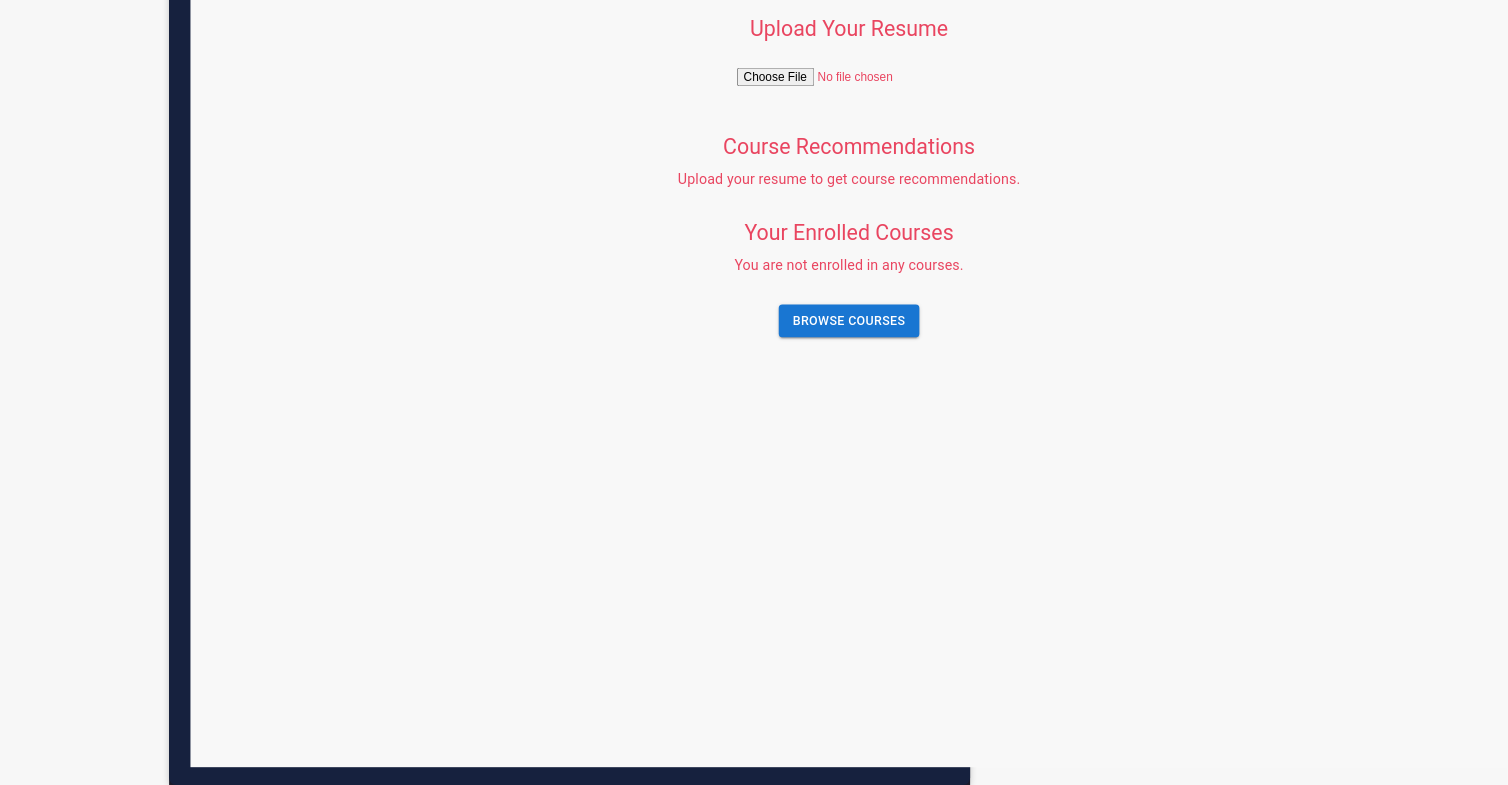
Repository: jvt2/OnlineCourseApp
Page: /dashboard
An editor plug-in stored every save of this project. The page is shown before and after the next save, followed by the edit.
The browser window is 1280 px wide. The page is 1694 px wide, then 1280 px, so the pictures cover 1694 px, including what lies to the right of the window. The pictures show the whole page, at 89% of full size.
The page's requests for data from a server got no answer. The project was rebuilt for these pictures with package versions that can differ from the ones it lists, and the page was loaded fresh each time. No one was signed in, and anything a server would have sent is missing. Also part of the build but not shown: src/features/auth/Register.js, src/features/auth/Login.js, src/features/courses/ResumeUpload.js, src/features/courses/CourseRecommendations.js, src/components/common/MyModal.js, src/features/courses/CourseCatalog.js, src/features/courses/CourseDetail.js, src/components/common/Navbar.js and 3 more. Imported but missing from the stored project, and not drawn on this page: src/app/reportWebVitals.

Above is the page before, as saved 2024-07-14 15:42:12.

### src/index.js
import React from 'react';
import ReactDOM from 'react-dom/client';
import { Provider } from 'react-redux';
import store from './redux/store';
import './index.css';
import App from './app/App';
import reportWebVitals from './app/reportWebVitals';

const root = ReactDOM.createRoot(document.getElementById('root'));
root.render(
  <React.StrictMode>
    <App />
  </React.StrictMode>
);

// If you want to start measuring performance in your app, pass a function
// to log results (for example: reportWebVitals(console.log))
// or send to an analytics endpoint. Learn more: https://bit.ly/CRA-vitals
reportWebVitals();

### src/redux/store.js
// src/redux/store.js

import { configureStore } from '@reduxjs/toolkit';
import userReducer from './userReducer';

const store = configureStore({
  reducer: {
    user: userReducer,
  },
});

export default store;

### src/app/App.js
import { BrowserRouter as Router, Route, Routes } from 'react-router-dom';
import React, { useState } from 'react';
import logo from '../logo.svg';
import './App.css';
import Register from '../features/auth/Register';
import Login from '../features/auth/Login';
import CourseCatalog from '../features/courses/CourseCatalog';
import CourseDetail from '../features/courses/CourseDetail';
import UserDashboard from '../features/dashboard/Dashboard';
import Navbar from '../components/common/Navbar';
import { Provider } from 'react-redux';
import store from '../redux/store'; // import your Redux store here
import Logout from '../features/auth/Logout'; // Import the Logout component
import Chatbot from '../features/chatbot/Chatbot';
import CourseRecommendations from '../features/courses/CourseRecommendations';
import axios from 'axios';
import ResumeUpload from '../features/courses/ResumeUpload';
import LandingPage from '../components/common/LandingPage';

function App() {
  const [loggedIn, setLoggedIn] = useState(false);
  const [users, setUsers] = useState([]);
  const [currentUser, setCurrentUser] = useState(null);
  const [recommendations, setRecommendations] = useState([]);

  const handleResumeUpload = (newRecommendations) => {
    console.log('New Recommendations:', newRecommendations);
    setRecommendations(newRecommendations);
  };

  const [courses, setCourses] = useState([
    {id: 1, name: 'Course 1', description: 'This is course 1'},
    {id: 2, name: 'Course 2', description: 'This is course 2'}
  ]);

  const handleRegister = async (username, password) => {
    try {
      const response = await axios.post('http://localhost:3001/register', { username, password });
      alert(response.data.message);
      // Log in the new user if registration is successful
      handleLogin(username, password);
    } catch (error) {
      alert(error.response.data.message);
    }
  };

  const handleLogin = async (username, password) => {
    try {
      const response = await axios.post('http://localhost:3001/login', { username, password });
      localStorage.setItem('token', response.data.token);
      setLoggedIn(true);
      setCurrentUser({ username });
    } catch (error) {
      alert('Login failed. Please check your username and password.');
    }
  };

  const handleEnroll = async (course) => {
    try {
      const token = localStorage.getItem('token');
      await axios.post('http://localhost:3001/enroll', { courseId: course.id }, {
        headers: { 'Authorization': `Bearer ${token}` }
      });
      setEnrolledCourses([...enrolledCourses, course]);
    } catch (error) {
      console.error('Enrollment failed', error);
    }
  };

  const [enrolledCourses, setEnrolledCourses] = useState([]);
  const [isModalOpen, setIsModalOpen] = useState(false);

  const handleSelectRecommendation = (recommendation) => {
    const newCourse = {
      id: courses.length + 1,
      name: recommendation.text,
      description: 'This is a recommended course based on your resume.'
    };

    setCourses([...courses, newCourse]);
    setEnrolledCourses([...enrolledCourses, newCourse]);
    setIsModalOpen(false);
  };

  return (
    <Provider store={store}>
      <Router>
        <div className="App">
          <Routes>
            <Route path="/" element={<LandingPage />} />
            <Route path="/register" element={<Register />} />
            <Route path="/login" element={<Login />} />
            <Route path="/dashboard" element={<UserDashboard />} /> {/* Added this line */}
          </Routes>
        </div>
      </Router>
    </Provider>
  );
}

export default App;

### src/redux/userReducer.js
// src/redux/userReducer.js
// src/redux/userReducer.js
import { createSlice } from '@reduxjs/toolkit';

const initialState = {
  id: null,
  email: null,
  token: null,
};

const userSlice = createSlice({
  name: 'user',
  initialState,
  reducers: {
    logIn(state, action) {
      state.id = action.payload.id;
      state.email = action.payload.email;
      state.token = action.payload.token;
    },
    logOut(state) {
      state.id = null;
      state.email = null;
      state.token = null;
    },
  },
});

export const { logIn, logOut } = userSlice.actions;
export default userSlice.reducer;

### src/app/App.css
/* App.css */
:root {
  --primary-bg-color: #1E1E2F;
  --secondary-bg-color: #282840;
  --primary-text-color: #F5F5F5;
  --link-color: #61dafb;
  --accent-color: #FF6B6B;
  --navbar-height: 4rem;
  --content-padding: 20px;
  --border-radius: 8px;
  --transition-duration: 0.3s;
  --gradient-bg-color: linear-gradient(120deg, #84fab0 0%, #8fd3f4 100%);
}

.App {
  text-align: center;
  font-family: 'Arial', sans-serif;
  background-color: var(--primary-bg-color);
}

.App-logo {
  height: 40vmin;
  pointer-events: none;
  filter: drop-shadow(0 0 10px var(--accent-color));
}

.App-header {
  background-color: var(--secondary-bg-color);
  min-height: 100vh;
  display: flex;
  flex-direction: column;
  align-items: center;
  justify-content: center;
  font-size: calc(10px + 2vmin);
  color: var(--primary-text-color);
  border-bottom-left-radius: var(--border-radius);
  border-bottom-right-radius: var(--border-radius);
}

.App-link {
  color: var(--link-color);
  transition: color var(--transition-duration);
}

.App-link:hover {
  color: var(--accent-color);
}

@media (prefers-reduced-motion: no-preference) {
  .App-logo {
    animation: App-logo-spin infinite 20s linear;
  }
}

@keyframes App-logo-spin {
  from {
    transform: rotate(0deg);
  }
  to {
    transform: rotate(360deg);
  }
}

.site-navbar {
  display: flex;
  align-items: center;
  background: var(--gradient-bg-color);
  padding: 10px 20px;
  height: var(--navbar-height);
  font-weight: 500;
  box-shadow: 0 4px 6px rgba(0, 0, 0, 0.1);
}

.navbar-nav {
  display: flex;
  align-items: center;
  list-style: none;
  margin: 0;
  padding: 0;
  flex-grow: 1;
  justify-content: center;
}

.nav-item {
  display: flex;
  align-items: center;
  justify-content: center;
  text-decoration: none;
  color: var(--primary-text-color);
  padding: 15px 25px;
  transition: all 0.3s ease-in-out;
  border-radius: var(--border-radius);
  position: relative;
}

.nav-item:before {
  content: '';
  position: absolute;
  top: 0;
  left: 0;
  width: 0;
  height: 100%;
  background: var(--accent-color);
  border-radius: var(--border-radius);
  transition: width 0.3s ease-in-out;
  z-index: -1;
}

.nav-item:hover:before {
  width: 100%;
}

.nav-item:hover {
  color: var(--secondary-bg-color);
  box-shadow: 0 4px 8px rgba(0, 0, 0, 0.2);
  text-decoration: none;
}

.navbar-brand {
  margin-right: auto;
  color: var(--primary-text-color);
  font-size: 1.5em;
  font-weight: bold;
}

.App-content {
  padding: var(--content-padding);
  color: var(--primary-text-color);
}

.App-footer {
  text-align: center;
  padding: var(--content-padding);
  background-color: var(--secondary-bg-color);
  color: var(--primary-text-color);
  box-shadow: 0 -4px 6px rgba(0, 0, 0, 0.1);
}

.course-recommendations {
  width: 80%;
  margin: auto;
  background: #f9f9f9;
  padding: 20px;
  border-radius: 5px;
  box-shadow: 0px 0px 10px rgba(0, 0, 0, 0.1);
}

.course-recommendations h2 {
  text-align: center;
  color: #333;
}

.course-recommendations .course {
  padding: 10px 0;
  border-bottom: 1px solid #eee;
}

.course-recommendations .course:last-child {
  border-bottom: none;
}

.course-recommendations .course button {
  margin-left: 10px;
}

body {
  background-color: #1a1a2e;
  color: #e94560;
}

.MuiContainer-root {
  background-color: #16213e;
  border-radius: 8px;
  padding: 20px;
  box-shadow: 0 4px 8px rgba(0, 0, 0, 0.2);
}

.customTextField .MuiInputBase-input {
  color: #fff;
  background-color: rgba(255, 255, 255, 0.1);
}

.customTextField .MuiInputLabel-root {
  color: rgba(255, 255, 255, 0.7);
}

.customTextField .MuiInputLabel-root.Mui-focused {
  color: #fff;
}

.customTextField .MuiOutlinedInput-root {
  &.Mui-focused .MuiOutlinedInput-notchedOutline {
    border-color: #fff;
  }
  & .MuiOutlinedInput-notchedOutline {
    border-color: rgba(255, 255, 255, 0.5);
  }
}

### src/features/auth/Logout.js
// Logout.js
import { useEffect } from 'react';
import { useDispatch } from 'react-redux';
import { useNavigate } from 'react-router-dom';
import { logOut } from '../../redux/reducers/userslice'; // Import the logOut action

function Logout() {
  const navigate = useNavigate();
  const dispatch = useDispatch();

  useEffect(() => {
    localStorage.removeItem('token'); // Remove the token from local storage
    dispatch(logOut()); // Dispatch the logOut action
    navigate('/login'); // Navigate to the login page
  }, [dispatch, navigate]);

  return null;
}

export default Logout;

### src/components/common/LandingPage.css
body {
    display: flex;
    justify-content: center;
    align-items: center;
    height: 100vh;
    background-color: #f7f7f7;
    margin: 0;
    font-family: 'Roboto', sans-serif;
  }

  .sign-in-container {
    display: flex;
    justify-content: center;
    align-items: center;
    height: 100%;
    width: 100%;
  }

  .sign-in-form {
    background-color: white;
    padding: 60px;
    border-radius: 10px;
    box-shadow: 0 4px 8px rgba(0, 0, 0, 0.1);
    text-align: center;
    max-width: 600px;
    width: 90%;
  }

  .logo {
    width: 200px;
    height: 200px;
    margin-bottom: 30px;
    background-color: white;
    border-radius: 10px;
  }

  h1 {
    margin: 0;
    font-size: 32px;
    font-weight: 700;
  }

  .subtitle {
    margin: 10px 0;
    color: #555;
    font-size: 18px;
  }

  .google-sign-in {
    background-color: #ffffff;
    color: #000;
    border: 1px solid #ccc;
    padding: 15px;
    width: 100%;
    border-radius: 5px;
    margin-bottom: 30px;
    display: flex;
    justify-content: center;
    align-items: center;
    cursor: pointer;
    font-size: 18px;
    font-weight: 500;
    transition: background-color 0.3s;
  }

  .google-sign-in:hover {
    background-color: #f0f0f0;
  }

  .google-logo {
    width: 25px;
    margin-right: 10px;
  }

  .separator {
    display: flex;
    align-items: center;
    text-align: center;
    margin: 30px 0;
    color: #aaa;
    font-size: 18px;
  }

  .separator::before,
  .separator::after {
    content: '';
    flex: 1;
    border-bottom: 1px solid #ccc;
  }

  .separator:not(:empty)::before {
    margin-right: .5em;
  }

  .separator:not(:empty)::after {
    margin-left: .5em;
  }

  .email-input,
  .password-input {
    width: 100%;
    padding: 15px;
    margin-bottom: 30px;
    border: 1px solid #ccc;
    border-radius: 5px;
    font-size: 18px;
    transition: border-color 0.3s;
  }

  .email-input:focus,
  .password-input:focus {
    border-color: #007bff;
    outline: none;
  }

  .continue-button {
    background-color: #9b51e0;
    color: white;
    border: none;
    padding: 15px;
    width: 100%;
    border-radius: 5px;
    font-size: 18px;
    font-weight: 500;
    cursor: pointer;
    transition: background-color 0.3s;
    margin-bottom: 10px; /* Add margin to separate the buttons */
  }

  .continue-button:hover {
    background-color: #7a3bc0;
  }

  .email-error {
    color: red;
    margin-top: 10px;
    font-size: 14px;
  }


  .back-button {
    background-color: #ccc;
    color: white;
    border: none;
    padding: 15px;
    width: 100%;
    border-radius: 5px;
    font-size: 18px;
    font-weight: 500;
    cursor: pointer;
    transition: background-color 0.3s;
    margin-bottom: 10px; /* Add margin to separate the buttons */
  }

  .back-button:hover {
    background-color: #aaa;
  }

  .sign-up-link {
    margin-top: 30px;
    color: #aaa;
    font-size: 18px;
  }

  .sign-up-link a {
    color: #9b51e0;
    text-decoration: none;
  }

  .sign-up-link a:hover {
    text-decoration: underline;
  }

### src/features/dashboard/Dashboard.css
/* Dashboard CSS */

.dashboard-container {
    padding: 20px;
    background-color: #f8f8f8;
    position: relative;
    width: 1440px;
    height: 900px;
}

.dashboard-header {
    font-size: 24px;
    margin-bottom: 20px;
}

.course-list, .recommendation-list {
    display: flex;
    flex-direction: column;
    align-items: center;
}

.course-item, .recommendation-item {
    background-color: #fff;
    border: 1px solid #ddd;
    padding: 10px;
    margin: 10px;
    width: 80%;
    box-shadow: 0 2px 4px rgba(0, 0, 0, 0.1);
    border-radius: 5px;
}

.course-title, .recommendation-title {
    font-size: 18px;
    margin-bottom: 10px;
}

.browse-courses-button {
    margin-top: 20px;
}

/* Menu */
.menu-container {
    position: absolute;
    width: 132px;
    height: 853.12px;
    left: 32.34px;
    top: 24.02px;
}

.menu-background {
    position: absolute;
    width: 81.01px;
    height: 804px;
    left: 83.32px;
    top: 73.14px;
    background: #0C0B0B;
    opacity: 0.7;
    filter: blur(30px);
    border-radius: 24px;
}

.menu-foreground {
    position: absolute;
    width: 132px;
    height: 852px;
    left: 32.34px;
    top: 24.02px;
    background: #0C0B0B;
    border-radius: 24px;
}

.menu-logo {
    position: absolute;
    width: 47px;
    height: 102px;
    left: 74.46px;
    top: 39.67px;
    font-family: 'Baloo Bhai';
    font-style: normal;
    font-weight: 400;
    font-size: 64px;
    line-height: 102px;
    color: #FFFFFF;
}

.menu-icon {
    position: absolute;
    left: 5.93%;
    right: 92.27%;
    top: 22.89%;
    bottom: 74.22%;
    background: #FFFFFF;
}

.menu-item {
    position: absolute;
    width: 26px;
    height: 26px;
    left: 85.15px;
}

.menu-item:nth-child(1) {
    top: 558.98px;
}

.menu-item:nth-child(2) {
    top: 471.99px;
}

.menu-item:nth-child(3) {
    top: 382.1px;
}

.menu-item:nth-child(4) {
    top: 809.53px;
}

/* Go Premium Banner */
.premium-banner {
    position: absolute;
    width: 440px;
    height: 193px;
    left: 920.06px;
    top: 683px;
    background: #F5F5F7;
    border-radius: 14px;
}

.premium-banner-header {
    position: absolute;
    width: 189px;
    height: 38px;
    left: 943.75px;
    top: 707.12px;
    font-family: 'Baloo Bhai';
    font-style: normal;
    font-weight: 400;
    font-size: 24px;
    line-height: 38px;
    color: #0C0B0B;
}

.premium-banner-text {
    position: absolute;
    width: 179px;
    height: 48px;
    left: 943.75px;
    top: 748px;
    font-family: 'Roboto';
    font-style: normal;
    font-weight: 400;
    font-size: 16px;
    line-height: 24px;
    color: #0C0B0B;
}

.premium-banner-button {
    position: absolute;
    width: 120px;
    height: 40px;
    left: 943.75px;
    top: 820.22px;
    background: #0C0B0B;
    border-radius: 8px;
    font-family: 'Roboto';
    font-style: normal;
    font-weight: 700;
    font-size: 13px;
    line-height: 15px;
    color: #FFFFFF;
}

/* Your Statistics Section */
.statistics-section {
    position: absolute;
    width: 449.59px;
    height: 378.5px;
    left: 923.69px;
    top: 255.29px;
}

.statistics-header {
    position: absolute;
    width: 158px;
    height: 38px;
    left: 923.69px;
    top: 255.29px;
    font-family: 'Baloo Bhai';
    font-style: normal;
    font-weight: 400;
    font-size: 24px;
    line-height: 38px;
    color: #0C0B0B;
}

.learning-hours-box, .my-courses-box {
    position: absolute;
    width: 88px;
    height: 32px;
    background: #F5F5F7;
    border-radius: 8px;
}

.learning-hours-box {
    left: 1271.68px;
    top: 305.54px;
}

.my-courses-box {
    left: 1059.69px;
    top: 309.54px;
}

.learning-hours-text, .my-courses-text {
    position: absolute;
    font-family: 'Baloo Bhai';
    font-style: normal;
    font-weight: 400;
    font-size: 16px;
    line-height: 26px;
    color: #0C0B0B;
}

.learning-hours-text {
    left: 923.69px;
    top: 309.54px;
}

.my-courses-text {
    left: 1059.69px;
    top: 309.54px;
    opacity: 0.3;
}

.weekly-button {
    position: absolute;
    width: 43px;
    height: 15px;
    left: 1287.93px;
    top: 314.54px;
    font-family: 'Roboto';
    font-style: normal;
    font-weight: 700;
    font-size: 13px;
    line-height: 15px;
    color: #0C0B0B;
}

.statistics-graph {
    position: absolute;
    width: 449.59px;
    height: 266.15px;
    left: 923.69px;
    top: 367.65px;
}

/* Courses Section */
.courses-section {
    position: absolute;
    width: 620px;
    height: 554.49px;
    left: 236px;
    top: 359.15px;
}

.course-item-container {
    position: relative;
    width: 620px;
    height: 80px;
    background: #F5F5F7;
    border-radius: 14px;
    margin-bottom: 10px;
}

.course-item-container .view-course-button {
    position: absolute;
    width: 120px;
    height: 40px;
    left: 712.19px;
    top: 20px;
    border: 2px solid #0C0B0B;
    border-radius: 8px;
}

.course-item-container .view-course-button-text {
    position: absolute;
    width: 72px;
    height: 15px;
    left: 24px;
    top: 12px;
    font-family: 'Roboto';
    font-style: normal;
    font-weight: 700;
    font-size: 13px;
    line-height: 15px;
    color: #0C0B0B;
}

.course-item-container .course-icon {
    position: absolute;
    width: 64px;
    height: 64px;
    left: 20px;
    top: 8px;
    background: #FFFFFF;
    border-radius: 12px;
}

.course-item-container .course-title {
    position: absolute;
    width: 150px;
    height: 26px;
    left: 100px;
    top: 20px;
    font-family: 'Baloo Bhai';
    font-style: normal;
    font-weight: 400;
    font-size: 16px;
    line-height: 26px;
    color: #0C0B0B;
}

.course-item-container .course-instructor {
    position: absolute;
    width: 150px;
    height: 15px;
    left: 100px;
    top: 50px;
    font-family: 'Roboto';
    font-style: normal;
    font-weight: 400;
    font-size: 13px;
    line-height: 15px;
    color: #0C0B0B;
}

.course-item-container .course-rating,
.course-item-container .course-duration {
    position: absolute;
    width: 55px;
    height: 15px;
    left: 250px;
    top: 50px;
    font-family: 'Roboto';
    font-style: normal;
    font-weight: 400;
    font-size: 13px;
    line-height: 15px;
    color: #0C0B0B;
}

.course-item-container .course-rating {
    left: 450px;
}

.course-item-container .course-flame-icon {
    position: absolute;
    width: 15.2px;
    height: 16px;
    left: 510px;
    top: 50px;
}

.course-header {
    position: absolute;
    width: 620px;
    height: 38px;
    left: 236px;
    top: 359.15px;
    font-family: 'Baloo Bhai';
    font-style: normal;
    font-weight: 400;
    font-size: 24px;
    line-height: 38px;
    color: #0C0B0B;
}

.course-categories {
    position: absolute;
    width: 620px;
    height: 26px;
    left: 236px;
    top: 413.39px;
}

.course-category {
    position: absolute;
    width: 82px;
    height: 26px;
    font-family: 'Baloo Bhai';
    font-style: normal;
    font-weight: 400;
    font-size: 16px;
    line-height: 26px;
    color: #0C0B0B;
    opacity: 0.3;
}

.course-category.all-courses {
    left: 0;
    opacity: 1;
}

.course-category.newest {
    left: 120px;
}

.course-category.top-rated {
    left: 240px;
}

.course-category.most-popular {
    left: 360px;
}

/* Header Section */
.header-section {
    position: absolute;
    width: 620px;
    height: 191.25px;
    left: 236.32px;
    top: 24px;
}

.header-background {
    position: absolute;
    width: 620px;
    height: 160px;
    left: 0;
    top: 55.25px;
    background: #F5F5F7;
    border-radius: 14px;
}

.header-title {
    position: absolute;
    width: 178px;
    height: 57px;
    left: 31.5px;
    top: 101.67px;
    font-family: 'Baloo Bhai';
    font-style: normal;
    font-weight: 400;
    font-size: 36px;
    line-height: 57px;
    color: #0C0B0B;
}

.header-subtitle {
    position: absolute;
    width: 185px;
    height: 24px;
    left: 31.5px;
    top: 151.14px;
    font-family: 'Roboto';
    font-style: normal;
    font-weight: 400;
    font-size: 16px;
    line-height: 24px;
    color: #0C0B0B;
}

### src/redux/reducers/userslice.js
import { createSlice } from '@reduxjs/toolkit';

const userSlice = createSlice({
  name: 'user',
  initialState: { name: '', loggedIn: false },
  reducers: {
    logIn: (state, action) => {
      state.name = action.payload.name;
      state.loggedIn = true;
    },
    logOut: (state) => {
      state.name = '';
      state.loggedIn = false;
    }
  }
});

export const { logIn, logOut } = userSlice.actions;
export default userSlice.reducer;

Loaded but not shown: public/index.html (common file); src/index.css (common file); src/features/dashboard/Dashboard.js (120 lines, source omitted)

After the next save:
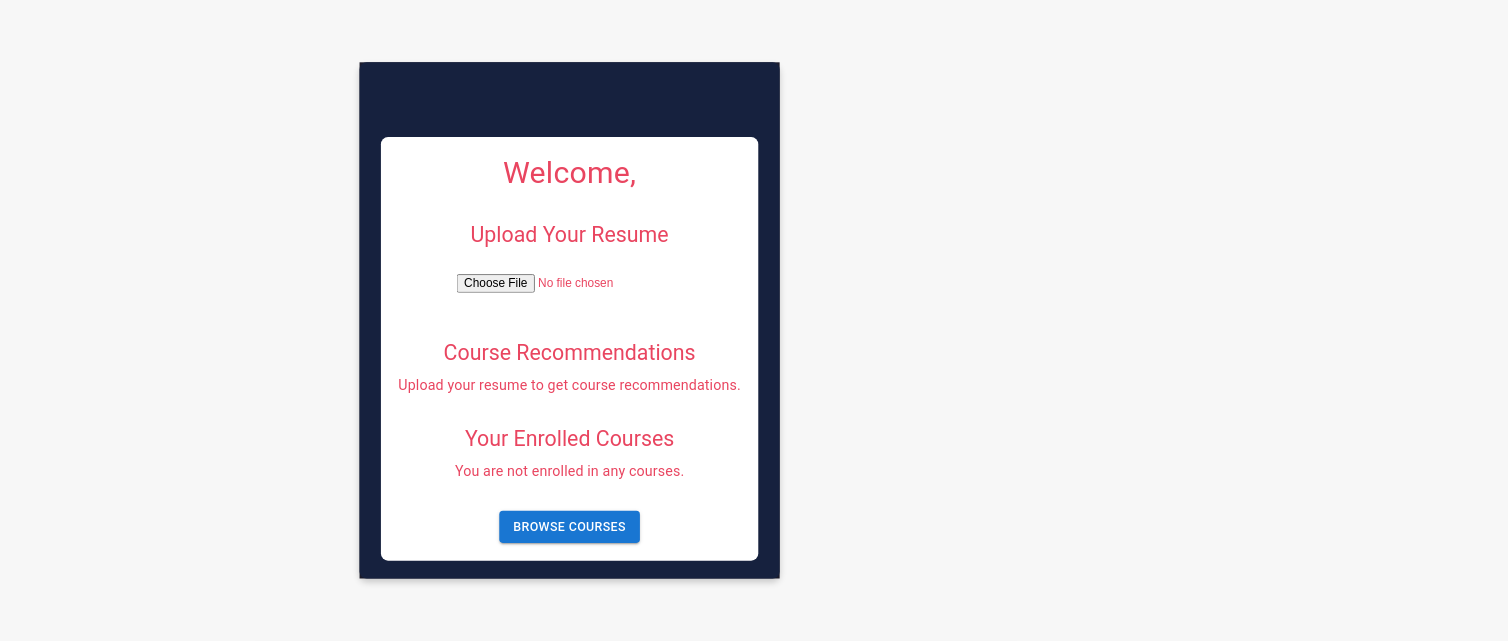
Saved 3 min 8 s later.
--- a/src/features/dashboard/Dashboard.css
+++ b/src/features/dashboard/Dashboard.css
@@ -1,17 +1,20 @@
 /* Dashboard CSS */
 
 .dashboard-container {
+    background: #FFFFFF;
     padding: 20px;
-    background-color: #f8f8f8;
-    position: relative;
-    width: 1440px;
-    height: 900px;
-}
-
-.dashboard-header {
+    border-radius: 8px;
+    margin-top: 50px;
+    text-align: center;
+  }
+
+  .dashboard-header {
+    font-family: 'Roboto';
+    font-style: normal;
+    font-weight: 400;
     font-size: 24px;
     margin-bottom: 20px;
-}
+  }
 
 .course-list, .recommendation-list {
     display: flex;
